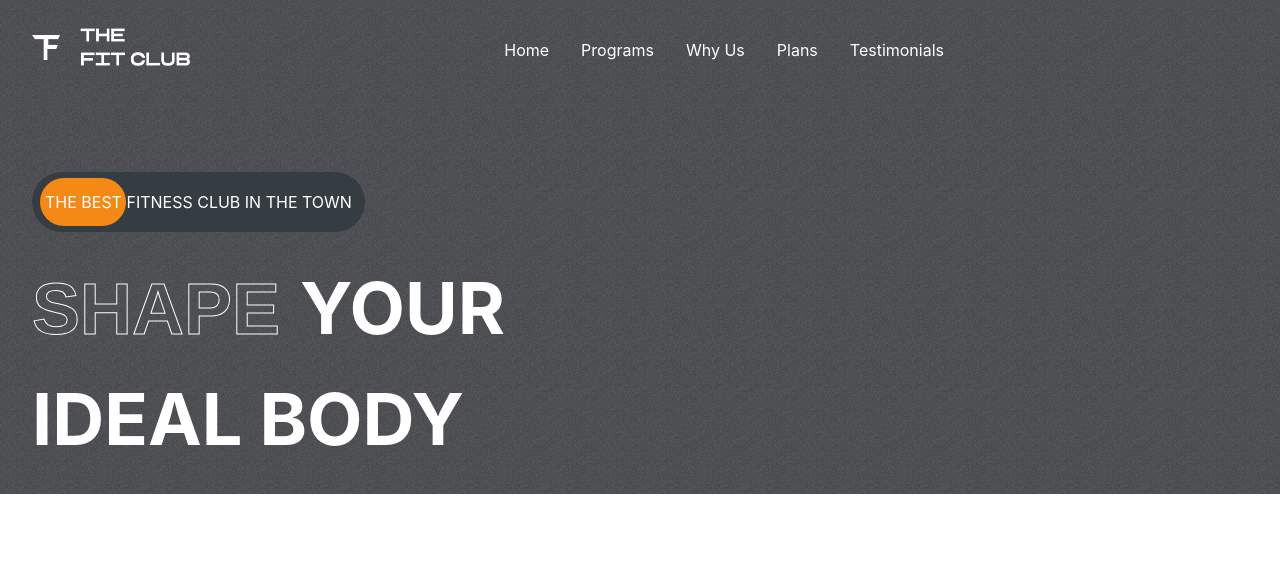
Repository: guilhermecardoso93/fit-club-site
Page: /
An editor plug-in stored every save of this project. The page is shown before and after the next save, followed by the edit.
The browser window is 1280 px wide. The pictures show the whole page.
The project was rebuilt for these pictures with package versions that can differ from the ones it lists, and the page was loaded fresh each time.

Above is the page before, as saved 2023-09-05 20:21:33.

### src/App.js
import './App.css';
import { Hero } from './components/Hero';
function App() {
  return (
    <div className="App">
      <Hero />
    </div>
  );
}

export default App;

### src/App.css
/* make variables */
:root {
  --lightgray: #d9d9d9;
  --gray: #9c9c9c;
  --orange: #f48915;
  --darkGrey: #464d53;
  --caloryCard: #656565;
  --planCard: linear-gradient(210.41deg, #fa5042 1.14%, #ffa739 100.75%);
  --appColor: #3c3f45;
}

.App {
  background-image: url(data:[embedded picture, 2098 characters]);
  mix-blend-mode: overlay;
  background-color: var(--appColor);
  display: flex;
  flex-direction: column;
  gap: 6rem;
  overflow: hidden;
}
::-webkit-scrollbar {
  display: none;
}

.stroke-text {
  color: transparent;
  font-family: Arial, Helvetica, sans-serif;
  -webkit-text-stroke-width: 1px;
  -webkit-text-stroke-color: white;
}

.btn {
  background-color: white;
  padding: 0.5rem;
  font-weight: bolder;
  border: 4px solid transparent;
  transition: 300ms all;
}

.btn:hover {
  cursor: pointer;
}

.blur {
  background: rgba(253, 120, 43, 0.69);
  position: absolute;
  border-radius: 50%;
  filter: blur(150px);
  z-index: -9;
}

### src/components/Hero/index.jsx
import { Header } from "../Header";
import "./style.css";

export function Hero() {
  return (
    <div className="hero">
      <div className="left-hero">
        <Header />

        <div className="the-best-ad">
          <span>the best fitness club in the town</span>
          <div></div>
        </div>

        <div className="hero-text">
          <div>
            <span className="stroke-text">Shape </span>
            <span>Your</span>
          </div>
          <div>
            <span>Ideal </span>
            <span>Body</span>
          </div>
        </div>
      </div>
      <div className="right-hero"></div>
    </div>
  );
}

### src/components/Header/index.jsx
import Logo from '../../assets/logo.png'
import "./style.css";

export function Header() {
  return (
    <div className="header">
      <img src={Logo} alt='Logo da Marca' className='logo'/>
      <ul className='header-menu'>
        <li>Home</li>
        <li>Programs</li>
        <li>Why Us</li>
        <li>Plans</li>
        <li>Testimonials</li>
      </ul>
    </div>
  );
}

### src/components/Hero/style.css
.hero {
  display: flex;
  justify-content: space-between;
}

.left-hero {
  padding: 2rem;
  padding-top: 1.5rem;
  flex: 3;
  display: flex;
  gap: 2rem;
  flex-direction: column;
}

.right-hero {
  flex: 1;
}

.the-best-ad {
  margin-top: 4rem;
  background-color: #363d42;
  border-radius: 4rem;
  width: fit-content;
  padding: 20px 13px;
  text-transform: uppercase;
  color: white;
  position: relative;
  display: flex;
  align-items: center;
  justify-content: flex-start;
}

.the-best-ad > span {
  z-index: 2;
}

.the-best-ad > div {
  position: absolute;
  background-color: var(--orange);
  width: 5.4rem;
  height: 80%;
  left: 8px;
  border-radius: 3rem;
  z-index: 1;
}

.hero-text {
  display: flex;
  flex-direction: column;
  gap: 1.5rem;
  text-transform: uppercase;
  font-size: 4.5rem;
  font-weight: bold;
  color: white;
  text-overflow: inherit;
}

.hero-text > div:nth-of-type(3) {
  font-size: 1rem;
  font-weight: 200;
  text-transform: none;
  letter-spacing: 1px;
  width: 60%;
}

### src/components/Header/style.css
.header {
  display: flex;
  justify-content: space-between;
}

.logo {
  width: 10rem;
  height: 3rem;
}

.header-menu {
  list-style: none;
  display: flex;
  gap: 2rem;
  color: white;
}

.header-menu > li {
  cursor: pointer;
}

.header-menu > li:hover {
  color: var(--orange);
}

Loaded but not shown: src/index.js (common file); src/index.css (common file)

After the next save:
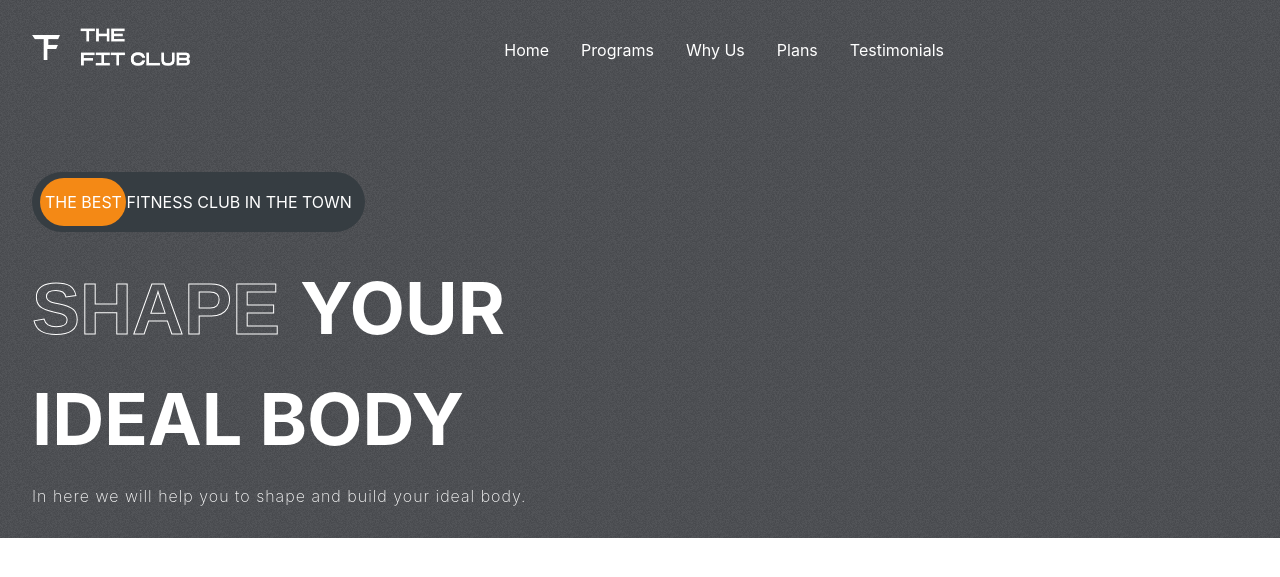
Saved 58 s later.
--- a/src/components/Hero/index.jsx
+++ b/src/components/Hero/index.jsx
@@ -21,6 +21,11 @@
             <span>Ideal </span>
             <span>Body</span>
           </div>
+          <div>
+            <span>
+              In here we will help you to shape and build your ideal body.
+            </span>
+          </div>
         </div>
       </div>
       <div className="right-hero"></div>
